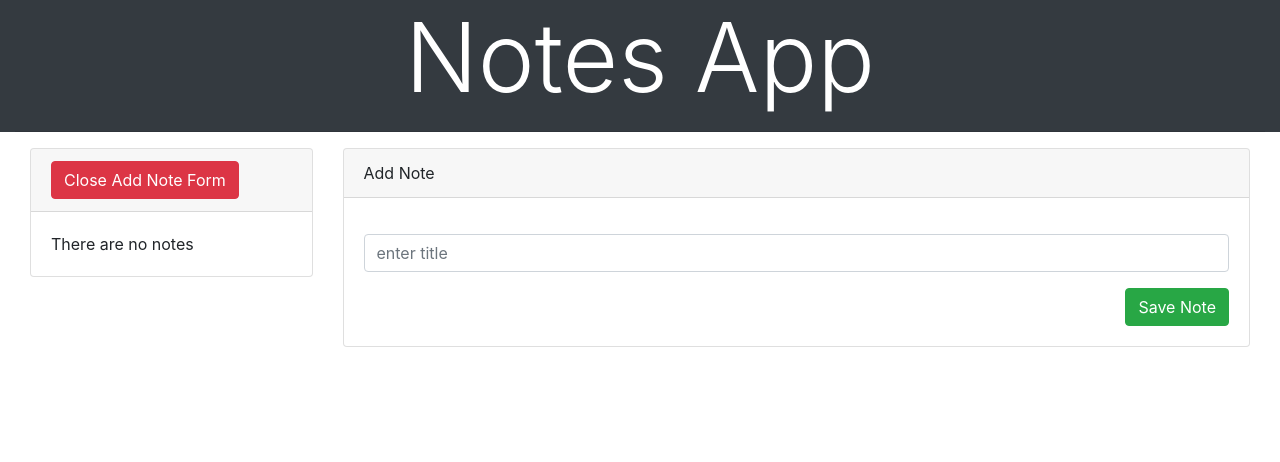
Repository: BenoitCoteGaspe/reactNote
Page: /note
An editor plug-in stored every save of this project. The page is shown before and after a run of saves, followed by the edit.
The browser window is 1280 px wide. The pictures show the whole page.
The project was rebuilt for these pictures with package versions that can differ from the ones it lists, and the page was loaded fresh each time. Also part of the build but not shown: src/NoteView.js.

Above is the page before, as saved 2022-03-18 20:25:30.

After the next 2 saves:
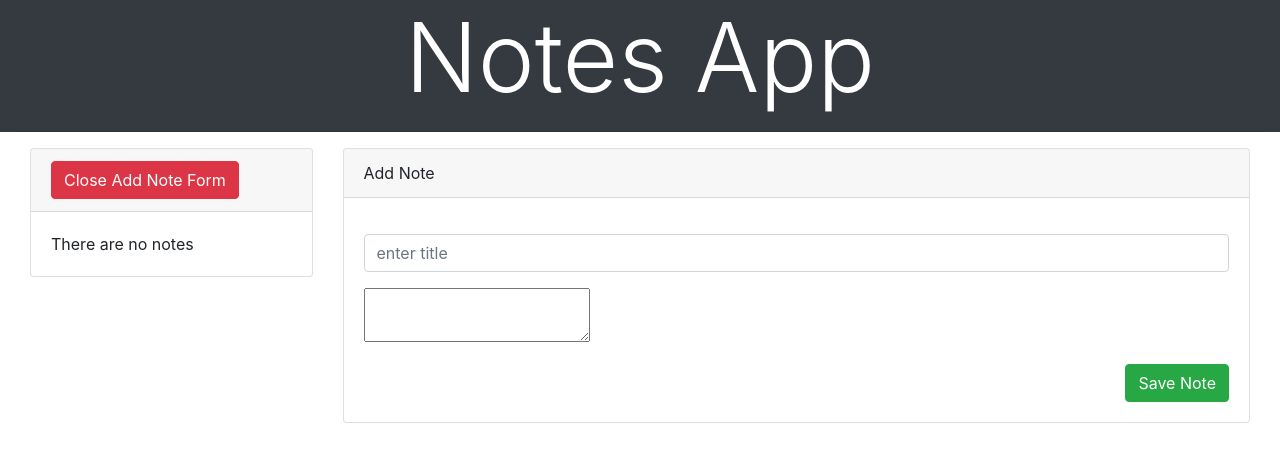
The 2 saves are shown as one change because they came seconds apart.
The last was saved 92 s later.
--- a/src/NoteForm.js
+++ b/src/NoteForm.js
@@ -89,7 +89,7 @@ class NoteForm extends Component {
                 </div>
                 <div className="card-body">
 
-                    <form ref="noteForm" onSubmit={this.saveNote}>
+                    <form ref="noteForm" method='post' onSubmit={this.saveNote}>
                         <div className="form-group">
 
                             <p><input className="form-control" style={divStyle} disabled ref={id => this.id = id}
@@ -98,7 +98,9 @@ class NoteForm extends Component {
                             <p><input className="form-control" ref={title => this.title = title}
                                       defaultValue={this.props.note.title}
                                       placeholder="enter title"/></p>
+                        <textarea
 
+                        />
                         </div>
                         {this.renderFormButtons()}
 
